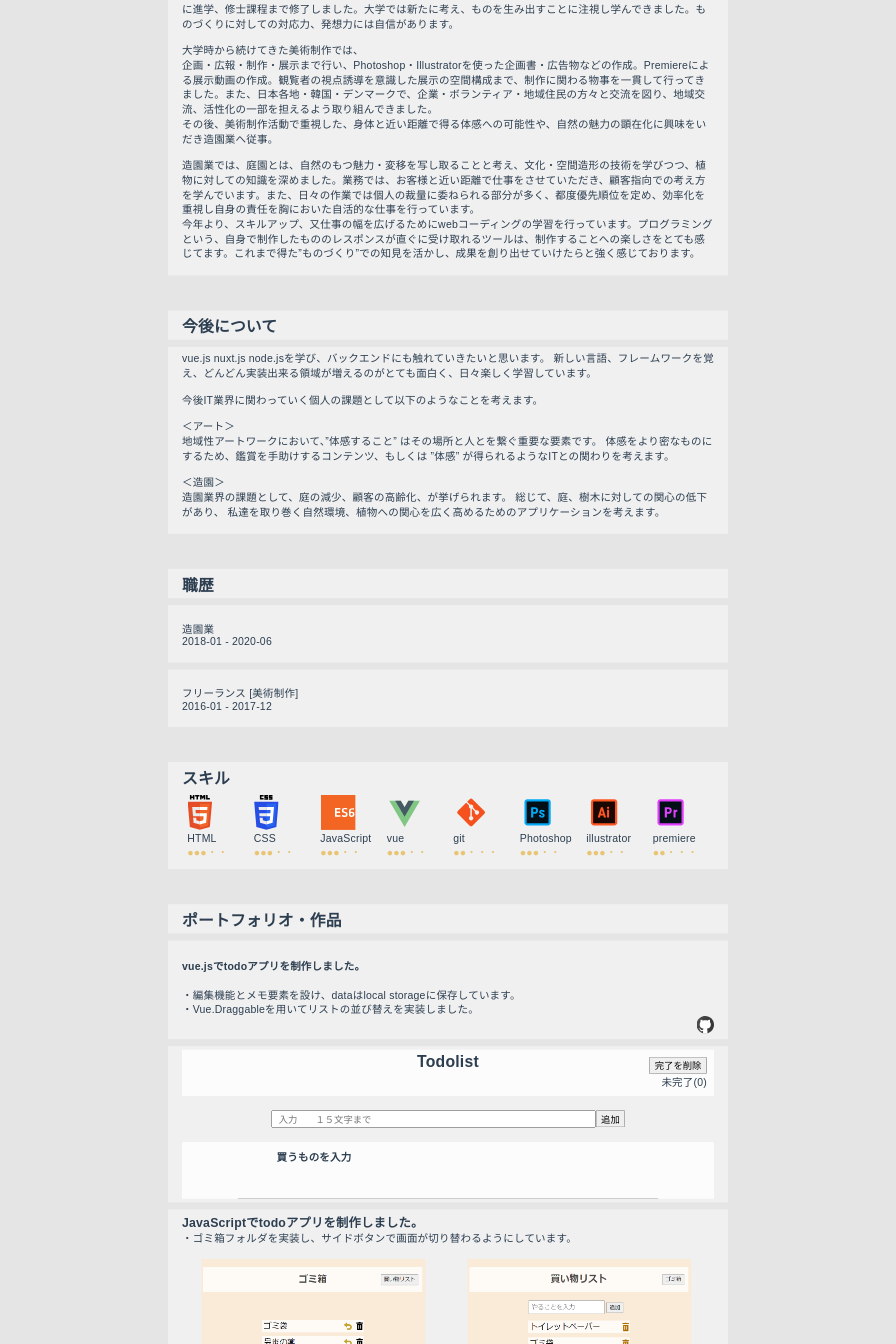
Repository: takeco/my-portfolio
Page: /
The author's editor kept a copy of each file at every save. The page is drawn from the files as they stood at one save, then again after a run of saves.
The browser window is 1280 px wide. The pictures show the part of the page from y = 681 to 2601 px (the page is 3810 px tall before and 3848 px after), at 70% of full size.
The project was rebuilt for these pictures with package versions that can differ from the ones it lists, and the page was loaded fresh each time.

Above is the page before, as saved 2020-08-25 16:41:27.

After the next 2 saves:
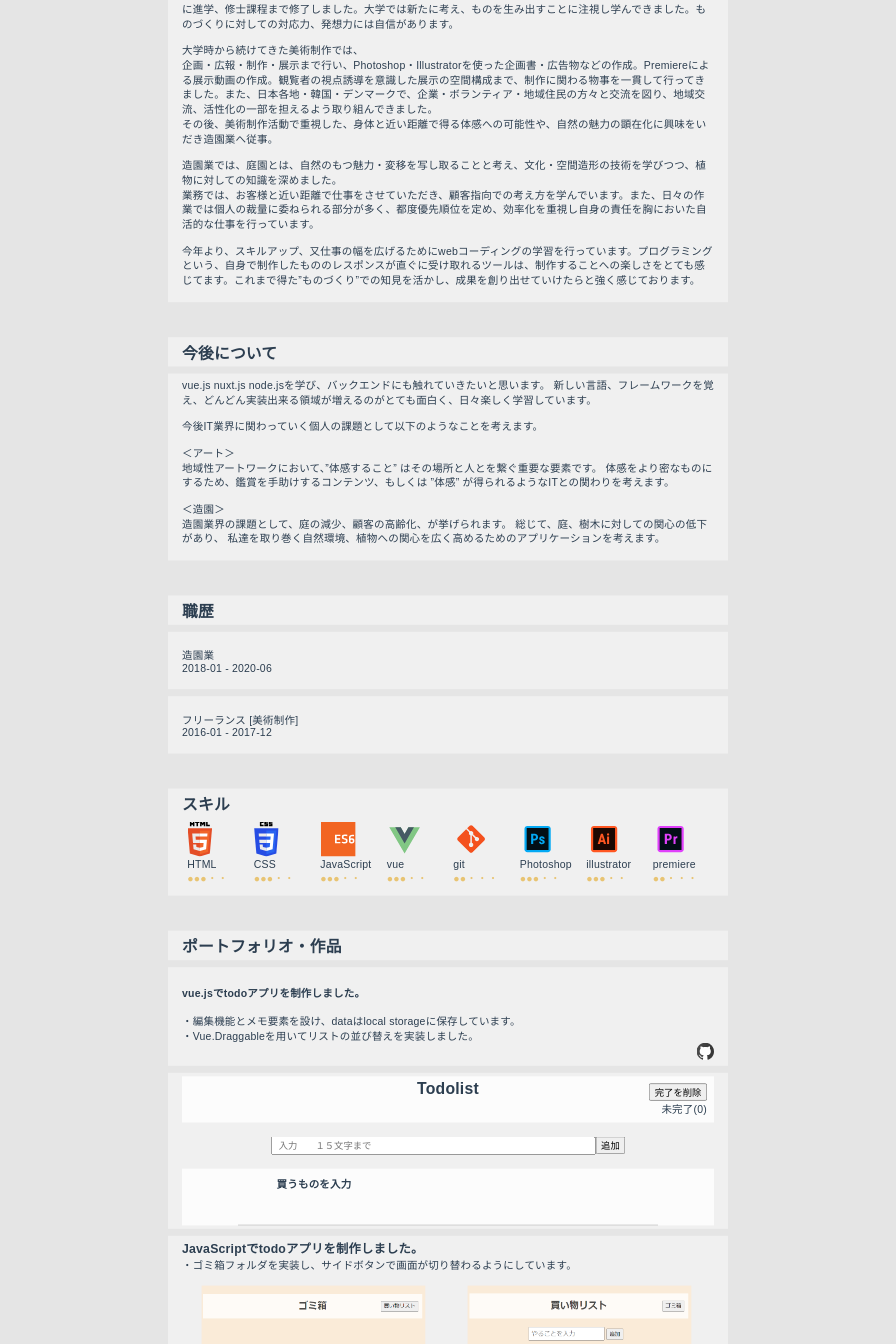
The 2 saves are shown as one change because they came seconds apart.
The last was saved 13 s later.
--- a/src/components/MainContents.vue
+++ b/src/components/MainContents.vue
@@ -39,7 +39,9 @@
             <br />企画・広報・制作・展示まで行い、Photoshop・Illustratorを使った企画書・広告物などの作成。Premiereによる展示動画の作成。観覧者の視点誘導を意識した展示の空間構成まで、制作に関わる物事を一貫して行ってきました。また、日本各地・韓国・デンマークで、企業・ボランティア・地域住民の方々と交流を図り、地域交流、活性化の一部を担えるよう取り組んできました。
             <br />その後、美術制作活動で重視した、身体と近い距離で得る体感への可能性や、自然の魅力の顕在化に興味をいだき造園業へ従事。
             <br />
-            <br />造園業では、庭園とは、自然のもつ魅力・変移を写し取ることと考え、文化・空間造形の技術を学びつつ、植物に対しての知識を深めました。業務では、お客様と近い距離で仕事をさせていただき、顧客指向での考え方を学んでいます。また、日々の作業では個人の裁量に委ねられる部分が多く、都度優先順位を定め、効率化を重視し自身の責任を胸においた自活的な仕事を行っています。
+            <br />造園業では、庭園とは、自然のもつ魅力・変移を写し取ることと考え、文化・空間造形の技術を学びつつ、植物に対しての知識を深めました。
+            <br />業務では、お客様と近い距離で仕事をさせていただき、顧客指向での考え方を学んでいます。また、日々の作業では個人の裁量に委ねられる部分が多く、都度優先順位を定め、効率化を重視し自身の責任を胸においた自活的な仕事を行っています。
+            <br />
             <br />今年より、スキルアップ、又仕事の幅を広げるためにwebコーディングの学習を行っています。プログラミングという、自身で制作したもののレスポンスが直ぐに受け取れるツールは、制作することへの楽しさをとても感じてます。これまで得た”ものづくり”での知見を活かし、成果を創り出せていけたらと強く感じております。
             <br />
             <br />
